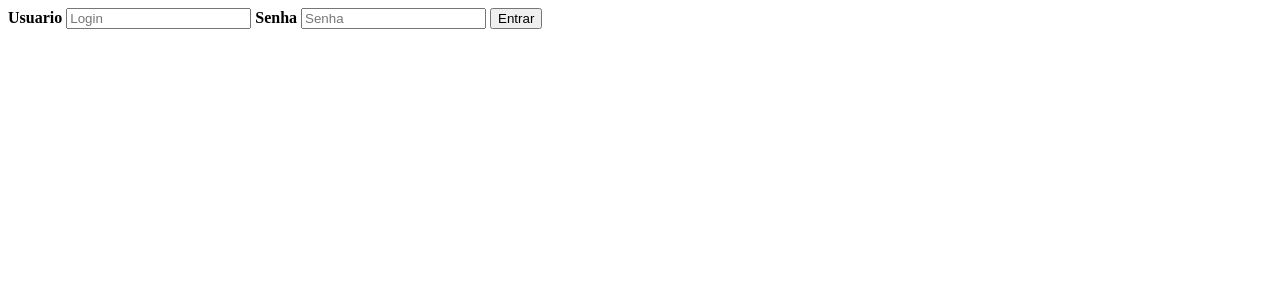
Repository: belchiorneto/innovationAPI
Page: http://localhost/TelaLogin/Login.jsp
An editor plug-in stored every save of this project. The page is shown before and after the next save, followed by the edit.
The browser window is 1280 px wide. The pictures show the whole page.
The page is served by Tomcat 9.

Above is the page before, as saved 2019-05-07 18:34:44.

After the next save:
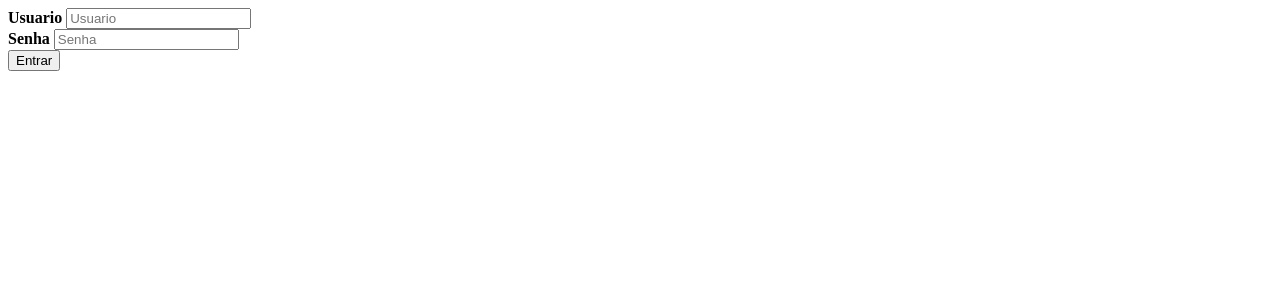
Saved 47 s later.
--- a/TelaLogin/WebContent/Login.jsp
+++ b/TelaLogin/WebContent/Login.jsp
@@ -10,9 +10,11 @@
 	<form action="menu" method="Post">
 	<div class="container">
 		<label for="usuario"><b>Usuario</b></label>
-			<input type="text" placeholder="Login" name="login" required>
+			<input type="text" placeholder="Usuario" name="login" required>
+			<br>
 		<label for="senha"><b>Senha</b></label>
 			<input type="text" placeholder="Senha" name="senha" required>
+			<br>
 		<button type="submit">Entrar</button>
 	</div>
 </form>
